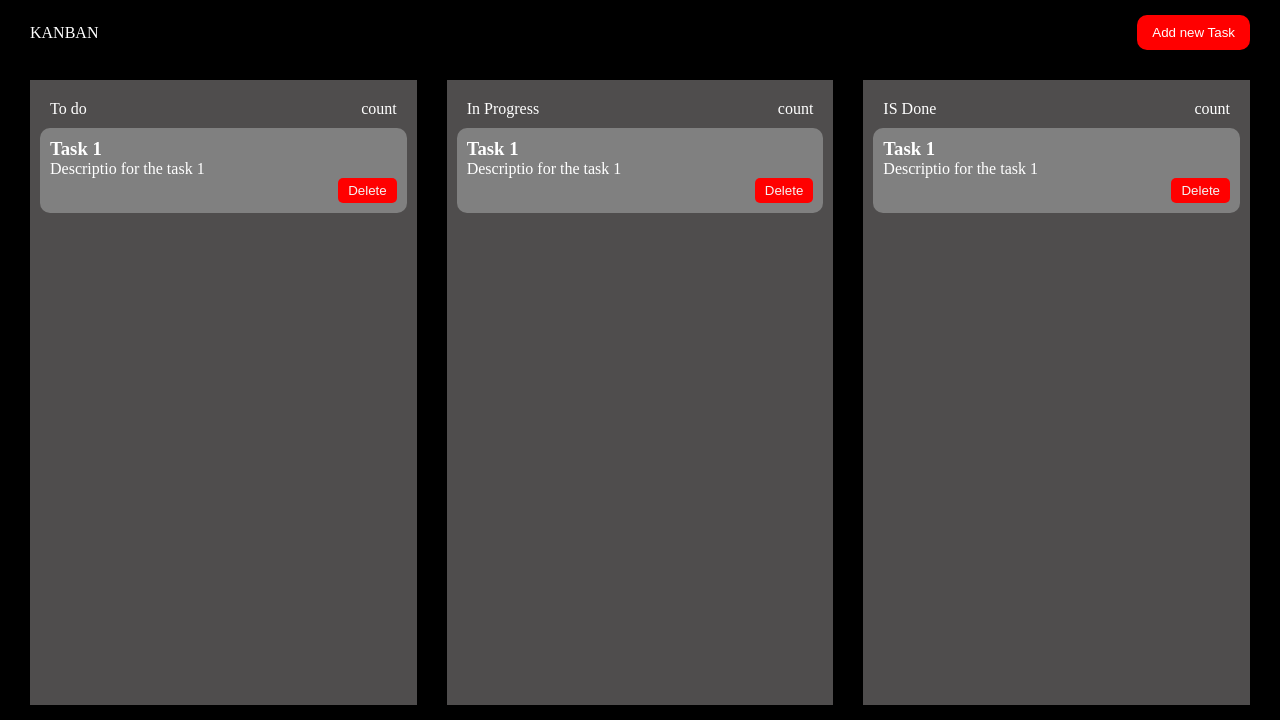
Repository: Sandeepji-5/Kanban-board
Page: index.html
The author's editor kept a copy of each file at every save. The page is drawn from the files as they stood at one save, then again after the next save.
The browser window is 1280 px wide. The pictures show the whole page.

Above is the page before, as saved 2025-12-09 11:07:23.

### index.html
<!DOCTYPE html>
<html lang="en">
<head>
    <meta charset="UTF-8">
    <meta name="viewport" content="width=device-width, initial-scale=1.0">
    <title>Document</title>
    <link rel="stylesheet" href="style.css">
</head>
<body>
    <main>
        <nav>
            <div class="left">KANBAN</div>
            <div class="right"><button>Add new Task</button></div>
        </nav>
        <section class="board">
            <div class="task-column">
                <div class="heading">
                    <div class="left">To do </div>
                    <div class="right">count</div>
                </div>
                <div class="task">
                    <h3>Task 1</h3>
                    <p>Descriptio for the task 1 </p>
                    <button>Delete</button>
                </div>
            </div>
            <div class="task-column">
                <div class="heading">
                    <div class="left">In Progress</div>
                    <div class="right">count</div>
                </div>
                   <div class="task">
                    <h3>Task 1</h3>
                    <p>Descriptio for the task 1 </p>
                    <button>Delete</button>
                </div>
            </div>
            <div class="task-column">
                <div class="heading">
                    <div class="left">IS Done </div>
                    <div class="right"> count</div>
                </div>
                   <div class="task">
                    <h3>Task 1</h3>
                    <p>Descriptio for the task 1 </p>
                    <button>Delete</button>
                </div>
            </div>
        </section>


    </main>
    <script src="kanban.js"></script>
</body>
</html>

### style.css
* {
    margin: 0;
    padding: 0;

    box-sizing: border-box;
}

html,
body {
    width: 100%;
    height: 100%;

}

:root {
    --bg-color: #0000000;
    --bg-button-color: rgb(79, 77, 77);
    --primary-text-color: #f4f4f4;
    --bg-task-color:gray;
    --bg-delete-color:red;



    /* padding 1 rem 2 rem */
    --nav-padding: 15px 30px;
    --section-padding: 15px 30px;
    --padding-s: 5px;
    --padding-m: 10px;
    --padding-l: 15px;
    --padding-xl: 20px;
    --padding-xxl: 30px;


    /* border radius variable  */



    --border-radius-s:5px;
    --border-radius-m:10px;
    --border-radius-l:15px;
    --border-radius-xl:20px;
    --border-radius-xxl:30px;


}

body {
    background-color: black;
    color: white;
}
main{
    display: flex;
    height: 100%;
    width: 100%;
    flex-direction: column;


}

nav{
    padding: var(--nav-padding);
    display: flex;
    align-items: center;
    justify-content: space-between;

}
nav button{
    background-color: red;
    color: white;
    border: none;
    outline: none;
    padding: var(  --padding-m) var(  --padding-l);
    cursor: pointer;
    border-radius:var(--border-radius-m) ;

}


section{
    padding:var(--section-padding);
    /* height: 100%; */
    display: flex;
    flex-grow: 1;
    justify-content: space-between;

    gap: var(--padding-xxl);

}
section .task-column{
    padding: var(--padding-m);
    background-color: var(--bg-button-color);
    flex-grow: 1  ;
    padding: var(--padding-m)  ;
    display: flex;
    flex-direction: column;
    transition: all 0.7s cubic-bezier(0.19, 1, 0.22, 1);



}
section .task-column.hover-over{
   border:2px dashed red;
   scale: 1.05;

}
section .task-column .heading{
    display: flex;
    justify-content: space-between ;
    padding: var(--padding-m);
}


section .task-column  .task{

    display: flex;
    flex-direction: column;
    padding: var(--padding-m);
    border-radius: var(--border-radius-m);
    background-color: var(--bg-task-color);


}

section .task-column .task button{
    align-self: flex-end;
    cursor: pointer;
    padding: var(--padding-s) var(--padding-m);
    border-radius: var(--border-radius-s);
    border: none;
    outline: none;
    background-color: var(--bg-delete-color);
    color: var(--primary-text-color)  ;
}

Loaded but not shown: kanban.js (no copy from this time; the picture is the same without it)

After the next save:
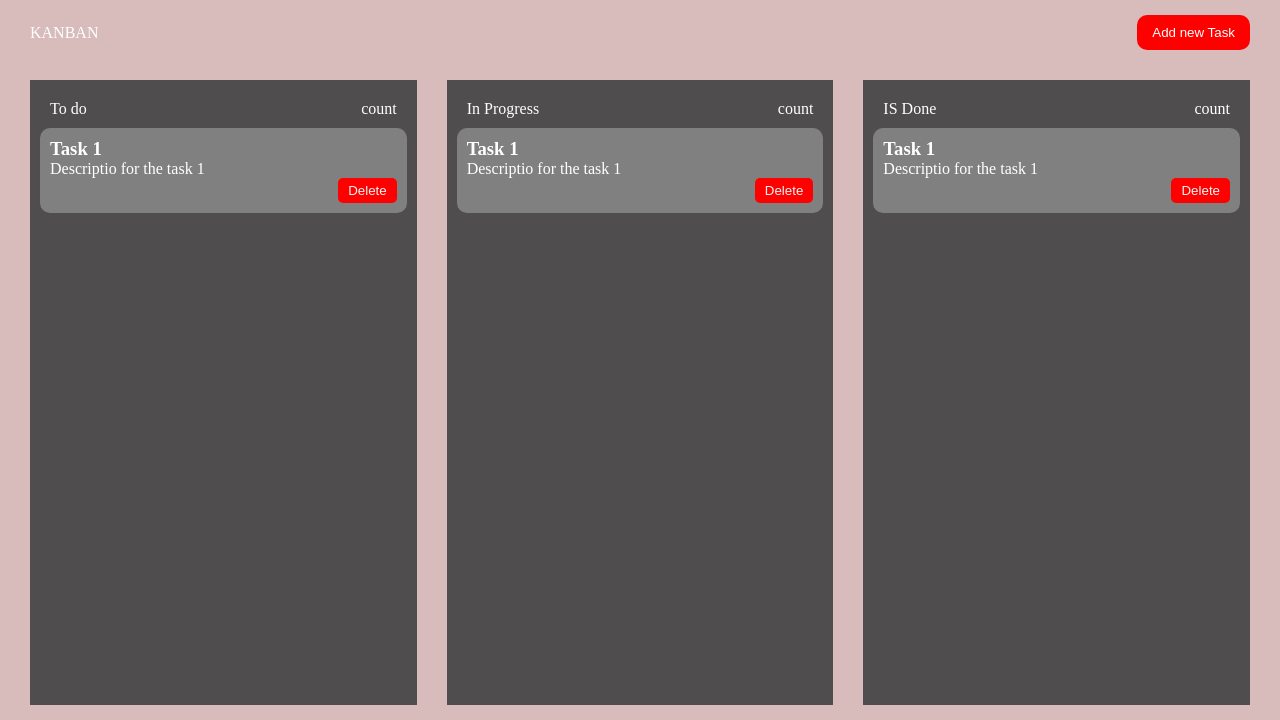
Saved 11 min 15 s later.
--- a/style.css
+++ b/style.css
@@ -45,7 +45,7 @@ body {
 }
 
 body {
-    background-color: black;
+    background-color: rgb(216, 187, 187);
     color: white;
 }
 main{
